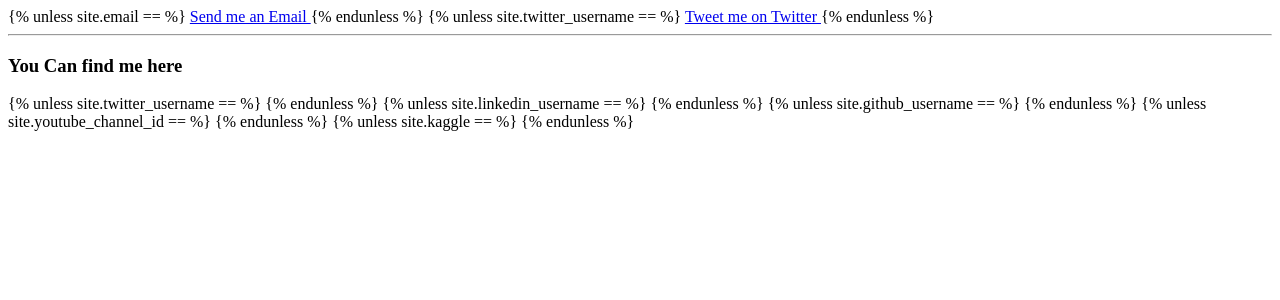
Repository: suprimregmi/suprimregmi.github.io
Page: _includes/contact.html
These files come from the project's save history. The page is drawn as it stood at one moment and after the next save; the edit follows.
The browser window is 1280 px wide. The pictures show the whole page.

Above is the page before, as saved 2023-11-29 14:49:40.

### _includes/contact.html
<section class="hero is-fullheight has-text-centered" id="contact">
    <div class="hero-body">
        <div class="container">
            <!-- {% unless site.facebook_username == %}
            <a id="contact-button" href="https://m.me/{{site.facebook_username}}"
                class="button is-rounded is-uppercase has-text-weight-normal is-black is-outlined has-text-weight-semibold column is-two-fifths"
                target="_blank">
                <i class="fab fa-facebook-messenger"></i>Ping me on Messenger
            </a>
            {% endunless %} -->
            {% unless site.email == %}
            <a id="contact-button" href="mailto:{{site.email}}"
                class="button is-rounded is-uppercase has-text-weight-normal is-black is-outlined has-text-weight-semibold column is-two-fifths"
                target="_blank">
                <i class="fas fa-envelope"></i>Send me an Email
            </a>
            {% endunless %}
            {% unless site.twitter_username == %}
            <a id="contact-button" href="https://www.twitter.com/intent/tweet?screen_name={{site.twitter_username}}"
                class="button is-rounded is-uppercase has-text-weight-normal is-black is-outlined has-text-weight-semibold column is-two-fifths"
                target="_blank">
                <i class="fab fa-twitter"></i>Tweet me on Twitter
            </a>
            {% endunless %}
            <hr>
            <h3 class="is-size-5 is-uppercase has-text-weight-semibold has-text-black is-marginless">
                You Can find me here
            </h3>
            <div class="column is-full is-size-3">
                <!-- {% unless site.facebook_username == %}
                <a href="http://www.facebook.com/{{site.facebook_username}}" target="_blank" class="has-text-black"><i class="fab fa-facebook"></i></a>
                {% endunless %} -->
                {% unless site.twitter_username == %}
                <a href="https://twitter.com/intent/user?screen_name={{site.twitter_username}}" target="_blank" class="has-text-black"><i class="fab fa-twitter"></i></a>
                {% endunless %}
                <!-- {% unless site.instagram_username ==  %}
                <a href="http://www.instagram.com/{{site.instagram_username}}" target="_blank" class="has-text-black"><i class="fab fa-instagram"></i></a>
                {% endunless %} -->
                {% unless site.linkedin_username ==  %}
                <a href="http://www.linkedin.com/in/{{site.linkedin_username}}" target="_blank" class="has-text-black"><i class="fab fa-linkedin"></i></a>
                {% endunless %}
                {% unless site.github_username ==  %}
                <a href="http://www.github.com/{{site.github_username}}" target="_blank" class="has-text-black"><i class="fab fa-github"></i></a>
                {% endunless %}
                {% unless site.youtube_channel_id ==  %}
                <a href="http://www.youtube.com/channel/{{site.youtube_channel_id}}" target="_blank" class="has-text-black"><i class="fab fa-youtube"></i></a>
                {% endunless %}
                <!-- {% unless site.reddit_username ==  %}
                <a href="http://www.reddit.com/u/{{site.reddit_username}}" target="_blank" class="has-text-black"><i class="fab fa-reddit"></i></a>
                {% endunless %} -->
                <!-- {% unless site.behance_username ==  %}
                <a href="http://www.behance.com/{{site.behance_username}}" target="_blank" class="has-text-black"><i class="fab fa-behance"></i></a>
                {% endunless %} -->
                <!-- {% unless site.dribbble_username ==  %}
                <a href="http://www.dribbble.com/{{site.dribbble_username}}" target="_blank" class="has-text-black"><i class="fab fa-dribbble"></i></a>
                {% endunless %}
                {% unless site.spotify_username ==  %}
                <a href="http://open.spotify.com/user/{{site.spotify_username}}" target="_blank" class="has-text-black"><i class="fab fa-spotify"></i></a>
                {% endunless %} -->

                {% unless site.kaggle ==  %}
                <a href="https://www.kaggle.com/suprimregmi/Home" target="_blank" class="has-text-black"><i class="fab fa-kaggle"></i></a>
                {% endunless %}
                <!-- {% unless site.kaggle_username == '' %}
  <a href="https://www.kaggle.com/{{ site.kaggle_username }}" target="_blank" class="has-text-black"><i class="fab fa-kaggle"></i></a>
{% endunless %} -->

            </div>
        </div>
    </div>
</section>

After the next save:
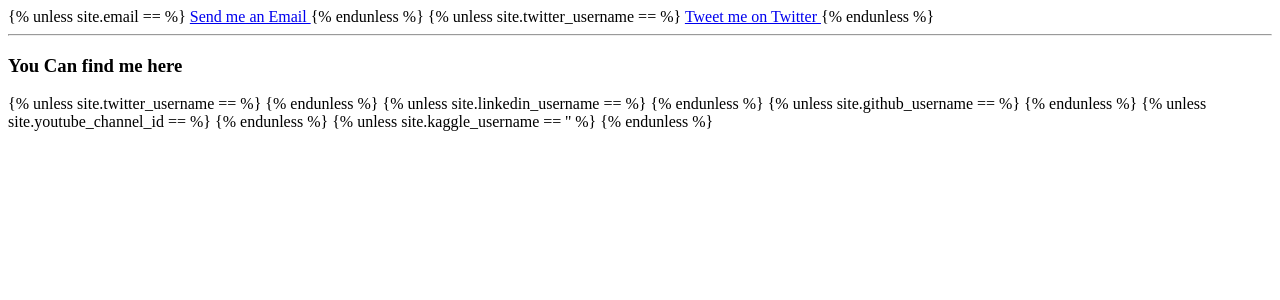
Saved 21 s later.
--- a/_includes/contact.html
+++ b/_includes/contact.html
@@ -58,12 +58,12 @@
                 <a href="http://open.spotify.com/user/{{site.spotify_username}}" target="_blank" class="has-text-black"><i class="fab fa-spotify"></i></a>
                 {% endunless %} -->
 
-                {% unless site.kaggle ==  %}
+                <!-- {% unless site.kaggle ==  %}
                 <a href="https://www.kaggle.com/suprimregmi/Home" target="_blank" class="has-text-black"><i class="fab fa-kaggle"></i></a>
+                {% endunless %} -->
+                {% unless site.kaggle_username == '' %}
+                <a href="https://www.kaggle.com/{{ site.kaggle_username }}" target="_blank" class="has-text-black"><i class="fab fa-kaggle"></i></a>
                 {% endunless %}
-                <!-- {% unless site.kaggle_username == '' %}
-  <a href="https://www.kaggle.com/{{ site.kaggle_username }}" target="_blank" class="has-text-black"><i class="fab fa-kaggle"></i></a>
-{% endunless %} -->
 
             </div>
         </div>
